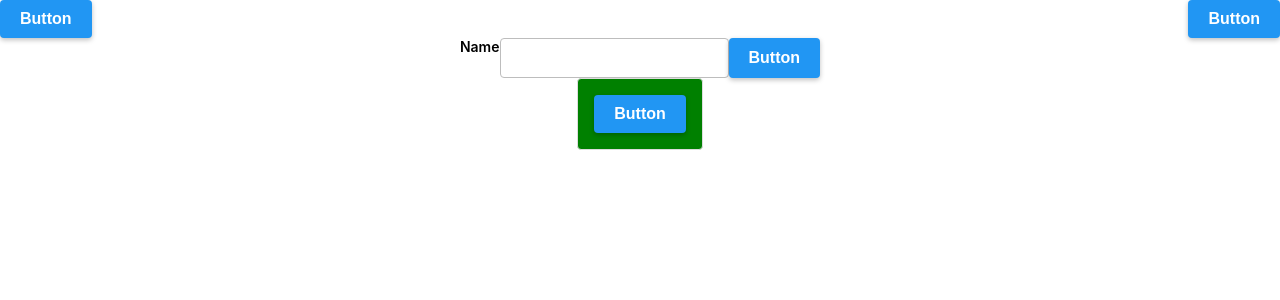
Repository: roistyx/react
Page: /layouts (app in layouts-app/)
The author's editor kept a copy of each file at every save. The page is drawn from the files as they stood at one save, then again after the next save.
The browser window is 1280 px wide. The pictures show the whole page.
The project was rebuilt for these pictures with package versions that can differ from the ones it lists, and the page was loaded fresh each time.

Above is the page before, as saved 2023-04-27 10:26:23.

After the next save:
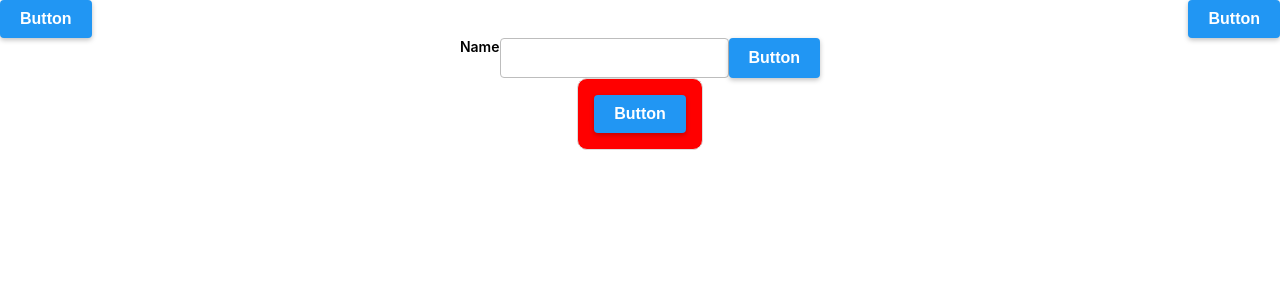
Saved 63 s later.
--- a/layouts-app/src/layouts/Box.js
+++ b/layouts-app/src/layouts/Box.js
@@ -1,5 +1,15 @@
 import './Box.css';
 
-export const Box = ({ children }) => {
-	return <div className="Box">{children}</div>;
+export const Box = ({ bgColor, borderRadius, children }) => {
+	console.log('bgColor', { bgColor });
+	const style = {
+		...(bgColor ? { '--background': bgColor } : {}),
+		...(borderRadius ? { '--border-radius': borderRadius } : {}),
+	};
+
+	return (
+		<div className="Box" style={style}>
+			{children}
+		</div>
+	);
 };
